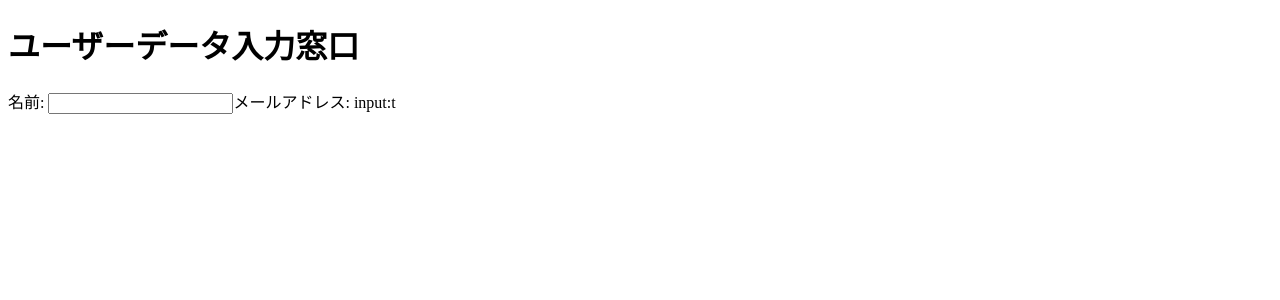
Repository: isopets/next-market
Page: form2.html
An editor plug-in stored every save of this project. The page is shown before and after the next save, followed by the edit.
The browser window is 1280 px wide. The pictures show the whole page.

Above is the page before, as saved 2022-06-08 00:50:53.

### form2.html
<!DOCTYPE html>
<html lang="en">

<head>
    <meta charset="UTF-8">
    <meta http-equiv="X-UA-Compatible" content="IE=edge">
    <meta name="viewport" content="width=device-width, initial-scale=1.0">
    <title>Document</title>
</head>

<body>
    <h1>ユーザーデータ入力窓口</h1>
    <form action="http://localhost:3000/api/user/register" method="POST">
        名前: <input type="text" name="name">メールアドレス: input:t
    </form>
</body>

</html>

After the next save:
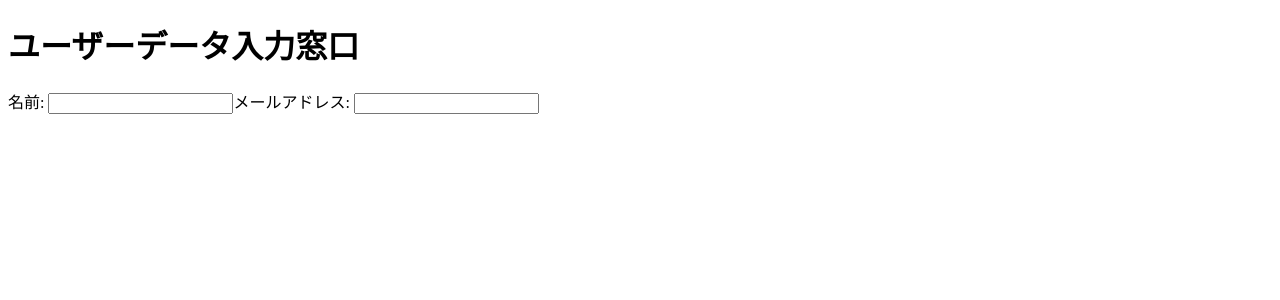
Saved 4 s later.
--- a/form2.html
+++ b/form2.html
@@ -11,7 +11,7 @@
 <body>
     <h1>ユーザーデータ入力窓口</h1>
     <form action="http://localhost:3000/api/user/register" method="POST">
-        名前: <input type="text" name="name">メールアドレス: input:t
+        名前: <input type="text" name="name">メールアドレス: <input type="text" name="" id="">
     </form>
 </body>
 
